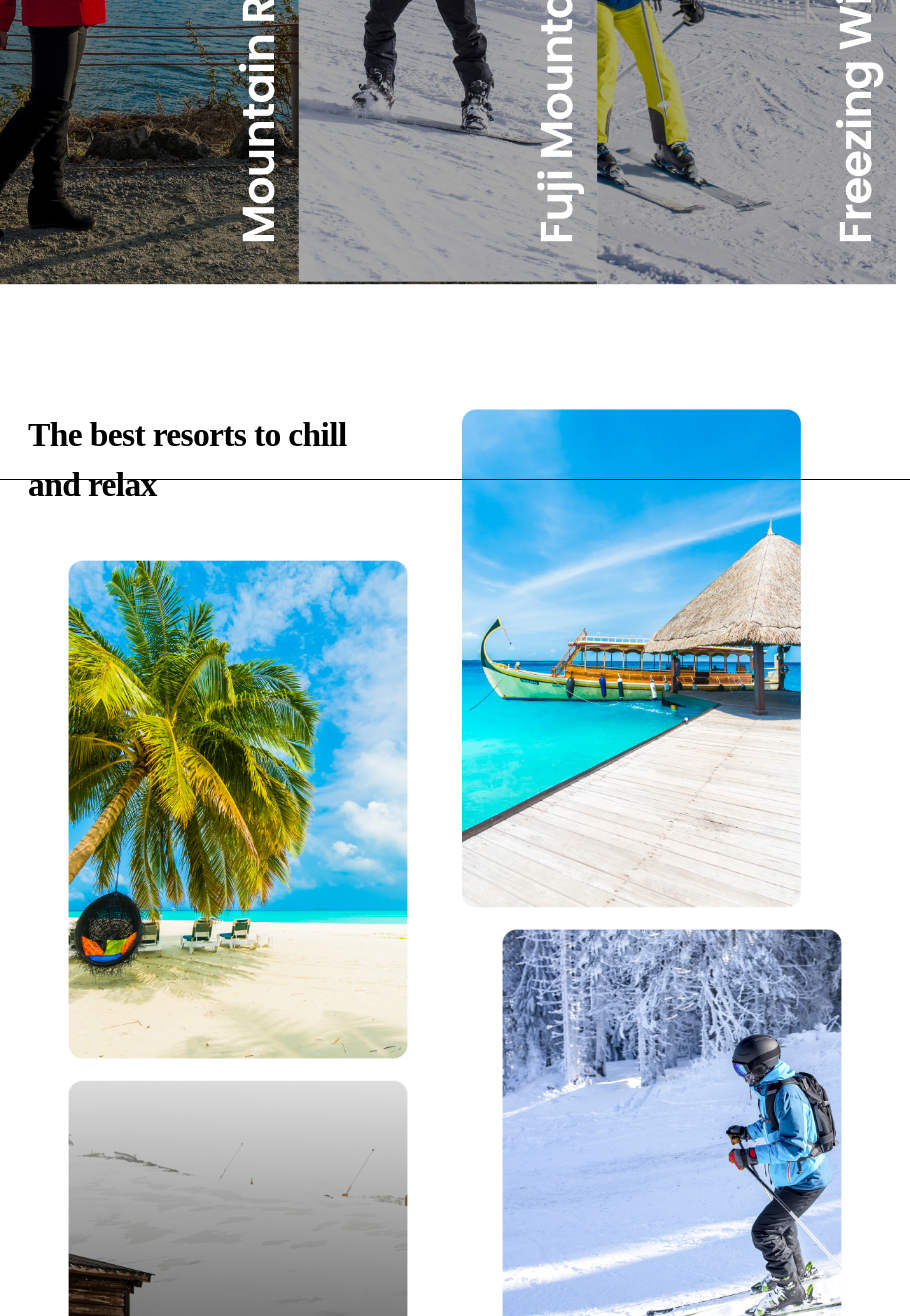
Repository: swissjake/arctic-travel-agency
Page: /
An editor plug-in stored every save of this project. The page is shown before and after the next save, followed by the edit.
The browser window is 1280 px wide. The page is 1300 px wide, so the pictures cover 1300 px, including what lies to the right of the window. The pictures show the part of the page from y = 2220 to 4100 px (the page is 6009 px tall), at 70% of full size.
The project was rebuilt for these pictures with package versions that can differ from the ones it lists, and the page was loaded fresh each time. Also part of the build but not shown: src/App.css.

Above is the page before, as saved 2022-05-04 17:47:35.

After the next save:
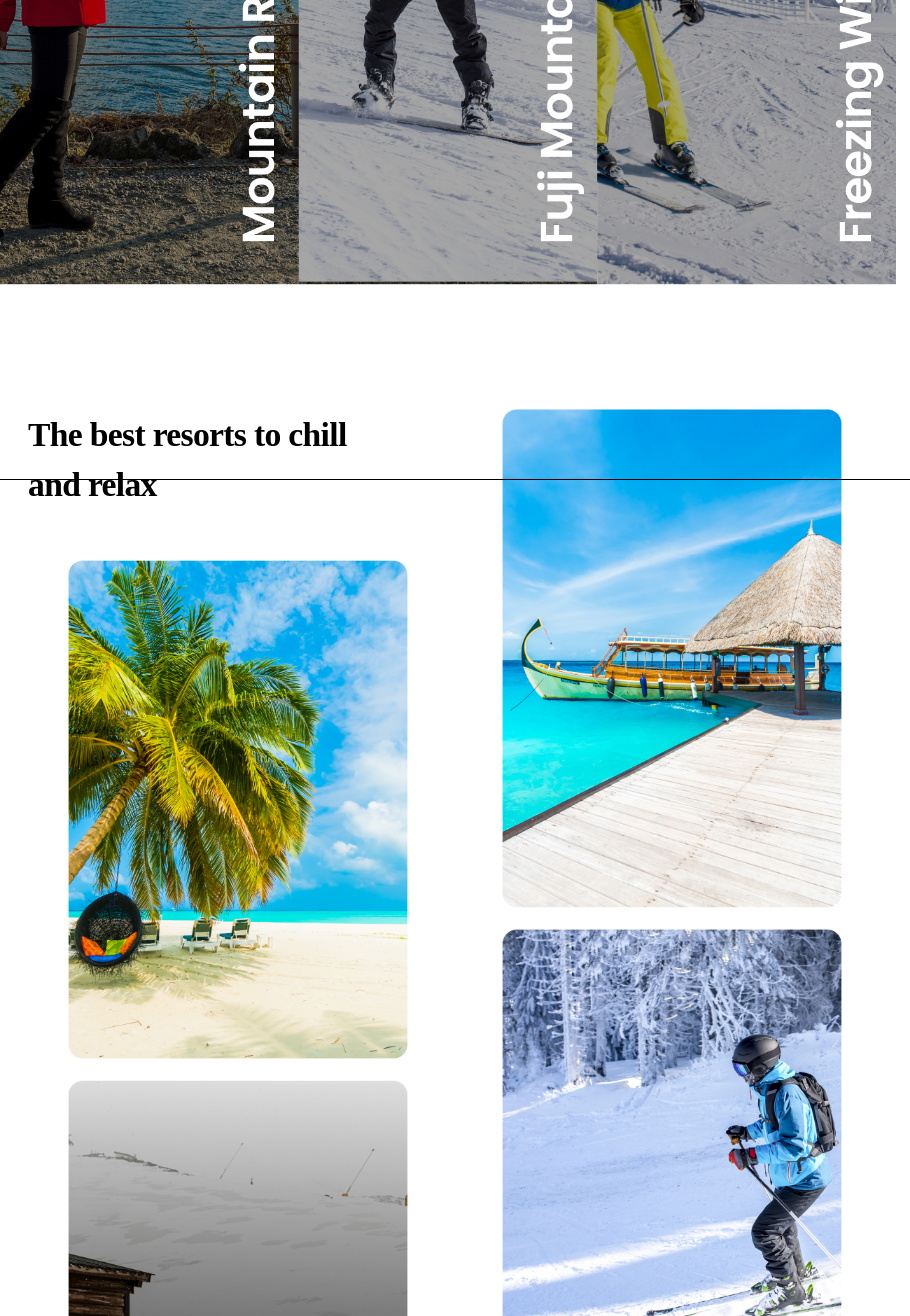
Saved 5 s later.
--- a/src/components/Resort/Resort.tsx
+++ b/src/components/Resort/Resort.tsx
@@ -19,7 +19,7 @@
   </div>
 
 <div className="flex-1">
-<img src={picture3} className="mb-5 mb-[32px]" alt="" />
+<img src={picture3} className="mb-5 mb-[32px] mx-auto" alt="" />
 <img src={picture4} className="mx-auto" alt="" />
 </div>
 

After the 2 saves that followed:
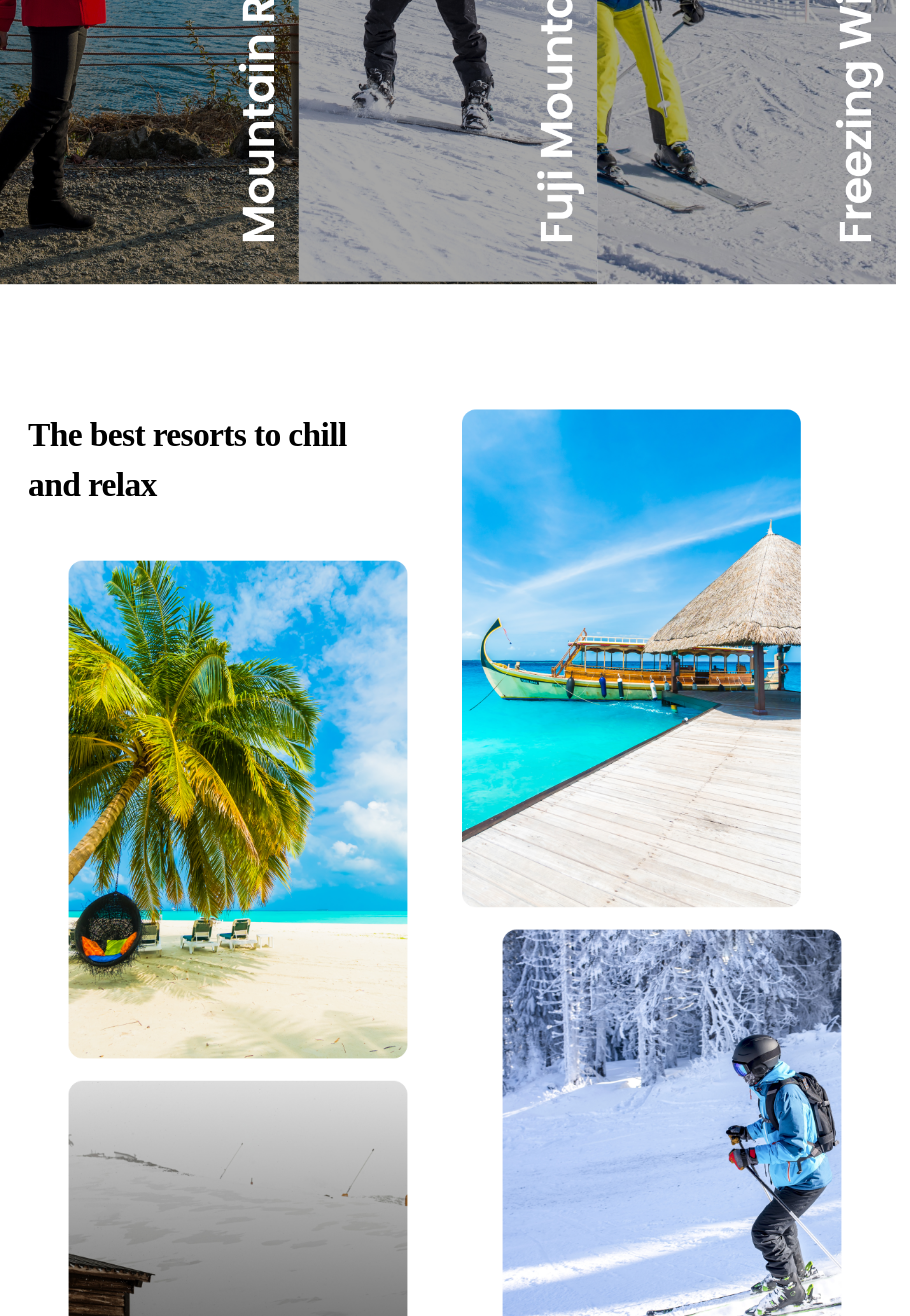
The 2 saves are shown as one change because they came seconds apart.
The last was saved 9 s later.
--- a/src/components/Resort/Resort.tsx
+++ b/src/components/Resort/Resort.tsx
@@ -19,7 +19,7 @@
   </div>
 
 <div className="flex-1">
-<img src={picture3} className="mb-5 mb-[32px] mx-auto" alt="" />
+<img src={picture3} className="mb-5 mb-[32px] md:mx-0 mx-auto" alt="" />
 <img src={picture4} className="mx-auto" alt="" />
 </div>
 
